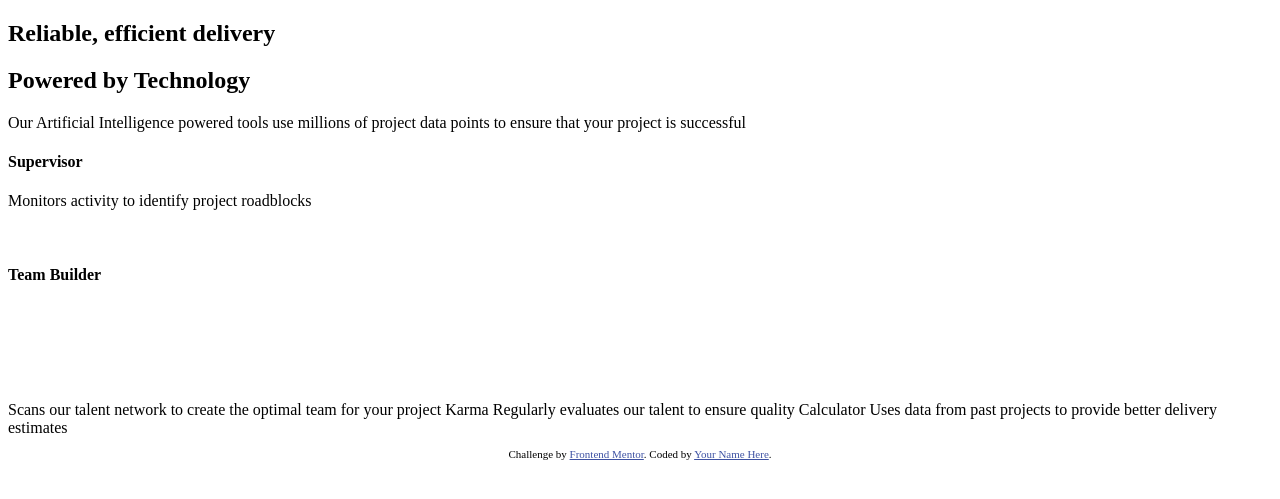
Repository: BuduCE/four-card-feature-section-master
Page: index.html
An editor plug-in stored every save of this project. The page is shown before and after the next save, followed by the edit.
The browser window is 1280 px wide. The pictures show the whole page.

Above is the page before, as saved 2023-06-01 21:29:17.

After the next save:
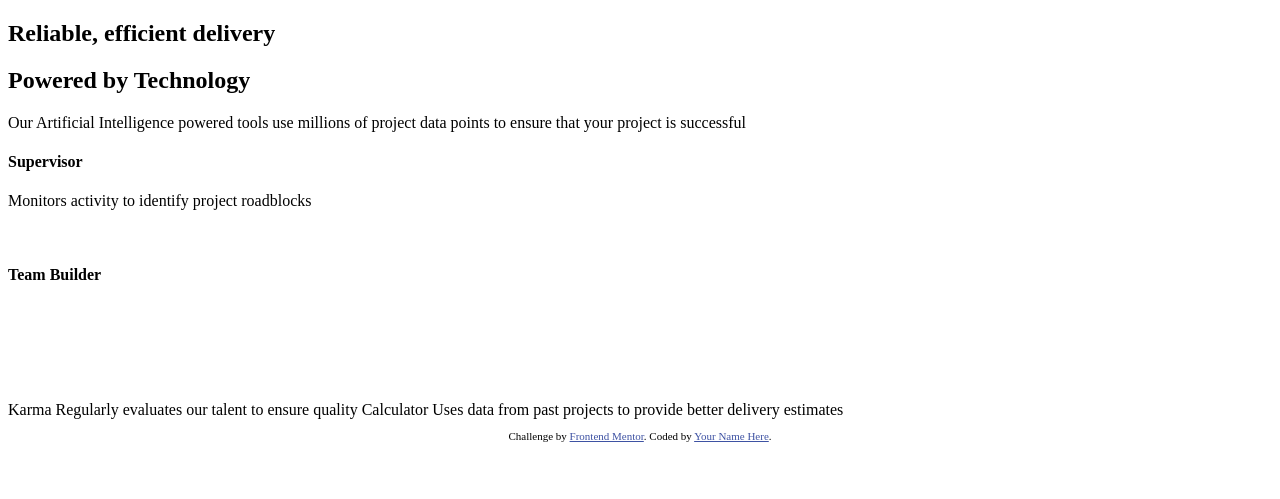
Saved 7 s later.
--- a/index.html
+++ b/index.html
@@ -57,7 +57,7 @@
 
 
 
-  Scans our talent network to create the optimal team for your project
+
 
   Karma
   Regularly evaluates our talent to ensure quality
